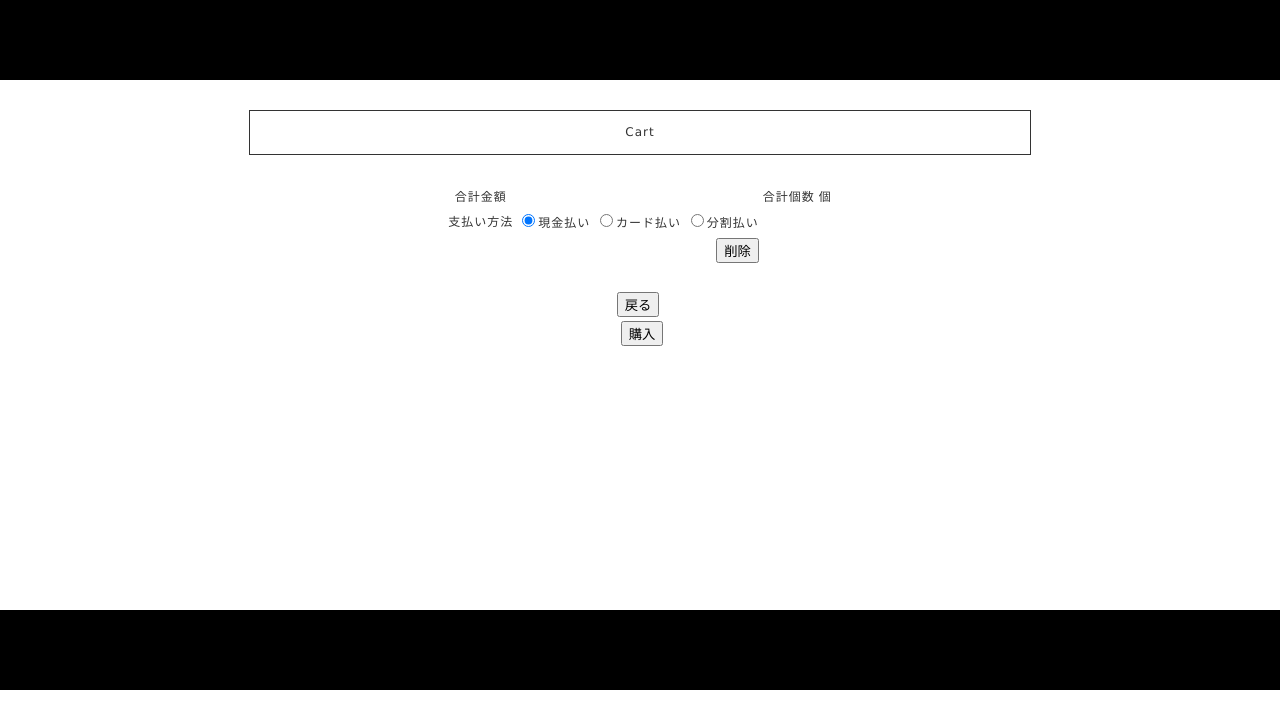
Repository: kazuki7291/backup
Page: http://localhost/template/cart.jsp
These files come from the project's save history. The page is drawn as it stood at one moment and after a run of saves; the edit follows.
The browser window is 1280 px wide. The pictures show the whole page.
Some web libraries are served in a nearby version. The page is served by Tomcat 9. Other server files are loaded and not shown.

Above is the page before, as saved 2018-01-10 12:09:44.

### template/WebContent/cart.jsp

<%@ page language="java" contentType="text/html; charset=UTF-8"
	pageEncoding="UTF-8"%>
<%@ taglib prefix="s" uri="/struts-tags"%>

<!DOCTYPE html>
<html>
<head>
	<meta charset="utf-8">
	<meta http-equiv="Content-Type" content="text/html; charset=utf-8" />
	<meta http-equiv="Content-Style-Type" content="text/css" />
	<meta http-equiv="Content-Script-Type" content="text/javascript" />
	<meta http-equiv="imagetoolbar" content="no" />
	<meta name="description" content="" />
	<meta name="keywords" content="" />
	<meta charset="utf-8">
	<script src="http://ajax.googleapis.com/ajax/libs/jquery/1.9.1/jquery.min.js"></script>
	<title>Cart画面</title>
	<style type="text/css">
	/* ========TAG LAYOUT======== */
		body {
		   margin:0;
		   padding:0;
		   line-height:1.6;
		   letter-spacing:1px;
		   font-family:Verdana, Helvetica, sans-serif;
		   font-size:12px;
		   color:#333;
		   background:#fff;
		}

		table {
			text-align:center;
			margin:0 auto;
		}

	/* ========ID LAYOUT======== */
		#top {
		   width:780px;
		   margin:30px auto;
		   border:1px solid #333;
		}

		#header {
		   width: 100%;
		   height: 80px;
		   background-color: black;
		}

		#main {
		   width: 100%;
		   height: 500px;
		   text-align: center;
		}

		#footer {
			width: 100%;
			height: 80px;
			background-color: black;
			clear:both;
		}
	</style>
	<script type="text/javascript">
		function submitAction(url) {
			$('form').attr('action', url);
			$('form').submit();
		}
	</script>
</head>
<body>
	<div id="header">
	 	<div id="pr">
		</div>
	</div>
	<div id="main">
		<div id="top">
			<p>Cart</p>
		</div>
		<div>
		<s:if test="session.total_count == 0">
			<td>商品情報がありません。</td>
		</s:if>
		<s:else>
			<s:form action="DeleteCartAction">
			<s:iterator value = "session.buyitemCartList">
				<tr>
					<td>
						<s:property value="itemName" />
					</td>
					<td>
						<s:property value="itemPrice" />
					</td>
					<td></td>
					<td>
						<s:property value="count" /><span>個</span>
					</td>
					<td>
						<input type="checkbox" name="DeleteFlag" value="<s:property value='id' />"/>
					</td>
				</tr>
			</s:iterator>
				<tr>
					<td>合計金額</td>
					<td><s:property value="session.total_price"/></td>
					<td>合計個数</td>
					<td><s:property value="session.total_count"/><span>個</span></td>
				</tr>
				<tr>
					<td>支払い方法</td>
					<td>
						<input type="radio" name="pay" value="1" checked="checked">現金払い
						<input type="radio" name="pay" value="2">カード払い
						<input type="radio" name="pay" value="3">分割払い
					</td>
					<td>
						<s:submit value="削除"/>
					</td>
				</tr>
			</s:form>
		</s:else>
		<s:form>
				<tr>
					<td>
						<br>
					</td>
				</tr>
				<tr>
					<td><input type="button" value="戻る" onclick="submitAction('HomeAction')" /></td>
					 <td><s:submit value="購入"  action="GobuyItemConfirmAction"/><!--<input type="button" value="購入" onclick="submitAction('GobuyItemConfirmAction')" /> --></td>
				</tr>
			</s:form>
		</div>
	</div>
	<div id="footer">
		<div id="pr">
		</div>
	</div>
</body>
</html>

After the next 3 saves:
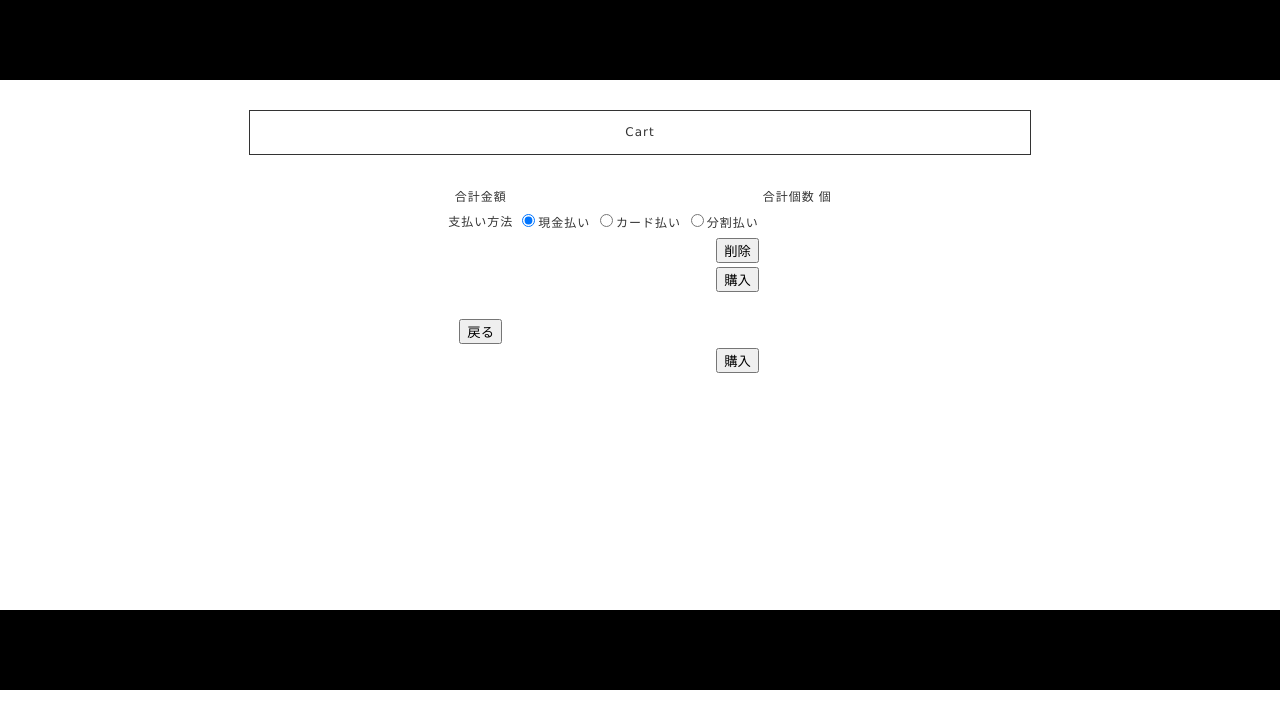
The 3 saves are shown as one change because 2 did not build or start.
The last was saved 2 min 13 s later.
--- a/template/WebContent/cart.jsp
+++ b/template/WebContent/cart.jsp
@@ -80,8 +80,8 @@
 		<s:if test="session.total_count == 0">
 			<td>商品情報がありません。</td>
 		</s:if>
+		<s:form>
 		<s:else>
-			<s:form action="DeleteCartAction">
 			<s:iterator value = "session.buyitemCartList">
 				<tr>
 					<td>
@@ -113,12 +113,11 @@
 						<input type="radio" name="pay" value="3">分割払い
 					</td>
 					<td>
-						<s:submit value="削除"/>
+						<s:submit value="削除"  action="DeleteCartAction"/>
+						<s:submit value="購入"  action="GobuyItemConfirmAction"/>
 					</td>
 				</tr>
-			</s:form>
 		</s:else>
-		<s:form>
 				<tr>
 					<td>
 						<br>
